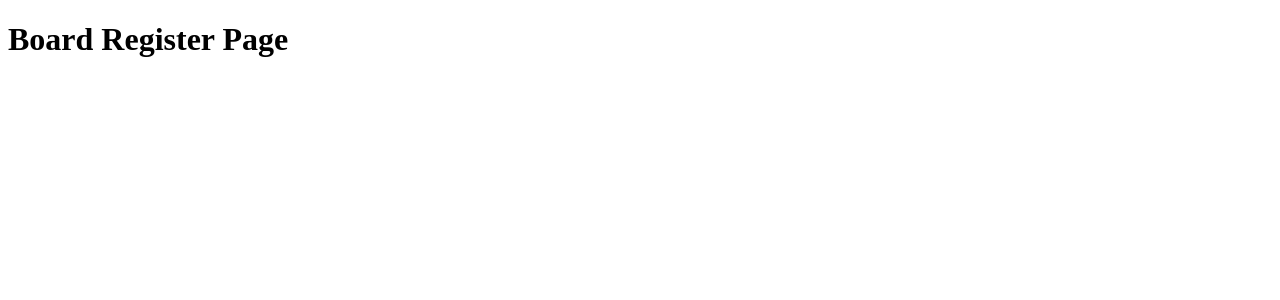
Repository: hwimi/2024-04-12-01
Page: http://localhost/jsp_study/board/register.jsp
An editor plug-in stored every save of this project. The page is shown before and after the next save, followed by the edit.
The browser window is 1280 px wide. The pictures show the whole page.
The page is served by Tomcat 9.

Above is the page before, as saved 2024-04-12 02:33:02.

After the next save:
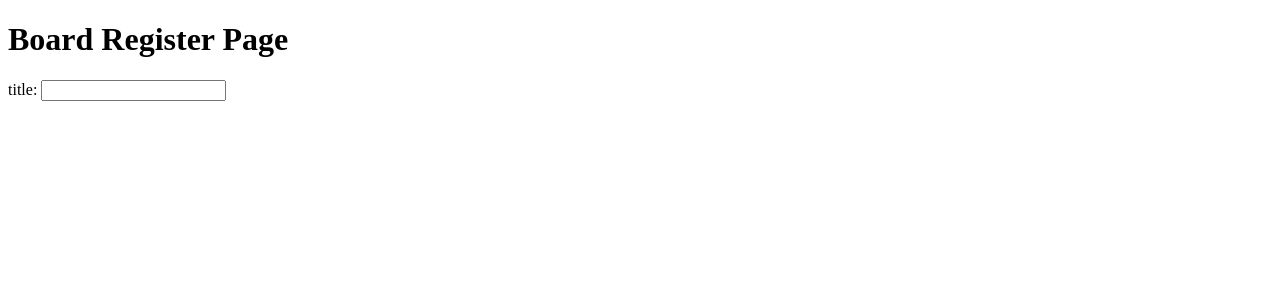
Saved 16 s later.
--- a/jsp_study/src/main/webapp/board/register.jsp
+++ b/jsp_study/src/main/webapp/board/register.jsp
@@ -8,6 +8,8 @@
 </head>
 <body>
 	<h1>Board Register Page</h1>
-	<form action="/brd/insert" method="post"></form>
+	<form action="/brd/insert" method="post">
+	title: <input>
+	</form>
 </body>
 </html>
